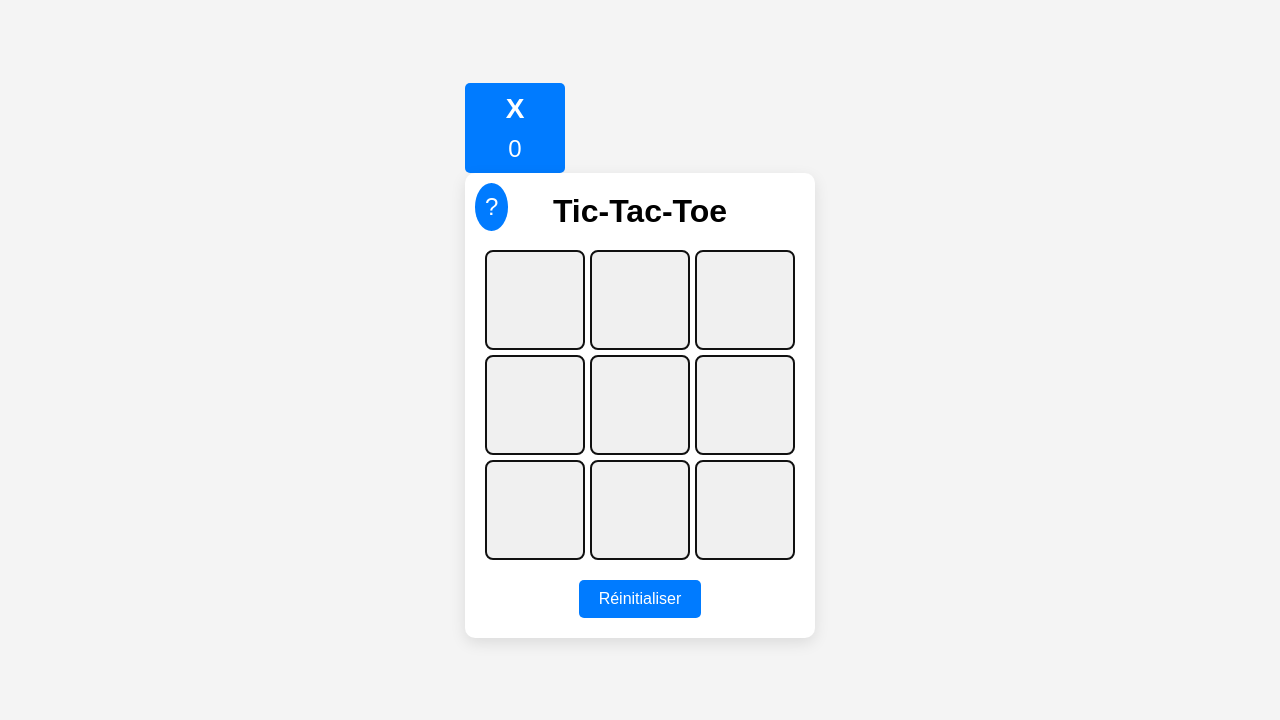
Repository: FTheo57/EvaluationGit
Page: index.html
The author's editor kept a copy of each file at every save. The page is drawn from the files as they stood at one save, then again after the next save.
The browser window is 1280 px wide. The pictures show the whole page.

Above is the page before, as saved 2025-03-10 16:31:22.

### index.html
<!DOCTYPE html>
<html lang="fr">
<head>
    <meta charset="UTF-8">
    <meta name="viewport" content="width=device-width, initial-scale=1.0">
    <title>Tic-Tac-Toe</title>
    <link rel="stylesheet" href="/css/styles.css"
</head>
<body>
    <div class="game-wrapper">

        <div class="score-container" id="score-x">
            <h3>X</h3>
            <p id="score-x-value">0</p>
        </div>
    <div class="container">
        <button class="rules-btn" id="rules-btn">?</button>
        <h1>Tic-Tac-Toe</h1>
        <div class="game-board" id="game-board">
            <div class="cell" data-index="0"></div>
            <div class="cell" data-index="1"></div>
            <div class="cell" data-index="2"></div>
            <div class="cell" data-index="3"></div>
            <div class="cell" data-index="4"></div>
            <div class="cell" data-index="5"></div>
            <div class="cell" data-index="6"></div>
            <div class="cell" data-index="7"></div>
            <div class="cell" data-index="8"></div>
        </div>
        <button id="reset">Réinitialiser</button>
        <div class="popup" id="popup">
            <div class="popup-content">
                <h2>Règles du Jeu</h2>
                <ul>
                    <li>Deux joueurs jouent à tour de rôle.</li>
                    <li>Chaque joueur marque son symbole (X ou O) dans une cellule vide.</li>
                    <li>Le premier joueur à aligner trois de ses symboles horizontalement, verticalement ou en diagonale gagne.</li>
                    <li>Si toutes les cellules sont remplies sans gagnant, c'est un match nul.</li>
                </ul>
                <button id="close-popup">Fermer</button>
            </div>
        </div>
    </div>


    <script src="/js/script.js"></script>
</body>
</html>

### css/styles.css
* {
    margin: 0;
    padding: 0;
    box-sizing: border-box;
}

body {
    font-family: Arial, sans-serif;
    display: flex;
    justify-content: center;
    align-items: center;
    height: 100vh;
    background-color: #f4f4f4;
}

.container {
    text-align: center;
    background-color: white;
    padding: 20px;
    border-radius: 10px;
    box-shadow: 0 5px 15px rgba(0, 0, 0, 0.1);
    position: relative;
}

.scoreboard {
    display: flex;
    justify-content: space-between;
    width: 100%;
    margin-bottom: 20px;
}

.score-container {
    width: 100px;
    text-align: center;
    padding: 10px;
    background-color: #007bff;
    color: white;
    border-radius: 5px;
    font-size: 1.5rem;
}

.score-container h3 {
    margin-bottom: 10px;
}
h1 {
    margin-bottom: 20px;
    font-size: 2rem;
}

.game-board {
    display: grid;
    grid-template-columns: repeat(3, 100px);
    grid-template-rows: repeat(3, 100px);
    gap: 5px;
    margin-bottom: 20px;
}

.cell {
    width: 100px;
    height: 100px;
    background-color: #f0f0f0;
    display: flex;
    justify-content: center;
    align-items: center;
    font-size: 2rem;
    cursor: pointer;
    border: 2px solid #101010;
    border-radius: 8px;
    transition: background-color 0.3s ease;
}

.cell:hover {
    background-color: #e0e0e0;
}

button {
    padding: 10px 20px;
    font-size: 1rem;
    cursor: pointer;
    background-color: #007bff;
    color: white;
    border: none;
    border-radius: 5px;
    transition: background-color 0.3s ease;
}

button:hover {
    background-color: #0056b3;
}
.rules-btn {
    position: absolute;
    top: 10px;
    left: 10px;
    padding: 10px;
    font-size: 1.5rem;
    background-color: #007bff;
    color: white;
    border: none;
    border-radius: 50%;
    cursor: pointer;
    transition: background-color 0.3s ease;
}

.rules-btn:hover {
    background-color: #0056b3;
}


.popup {
    display: none;
    position: fixed;
    top: 0;
    left: 0;
    width: 100%;
    height: 100%;
    background-color: rgba(0, 0, 0, 0.5);
    justify-content: center;
    align-items: center;
}

.popup-content {
    background-color: white;
    padding: 20px;
    border-radius: 10px;
    text-align: center;
    width: 300px;
}

.popup h2 {
    margin-bottom: 10px;
}

.popup ul {
    list-style-type: none;
    margin-bottom: 20px;
}

.popup button {
    background-color: #007bff;
    color: white;
    border: none;
    border-radius: 5px;
    padding: 10px;
    cursor: pointer;
}

.popup button:hover {
    background-color: #0056b3;
}

### js/script.js

const rulesBtn = document.getElementById('rules-btn');
const popup = document.getElementById('popup');
const closePopupBtn = document.getElementById('close-popup');


rulesBtn.addEventListener('click', () => {
    popup.style.display = 'flex';
});


closePopupBtn.addEventListener('click', () => {
    popup.style.display = 'none';
});

After the next save:
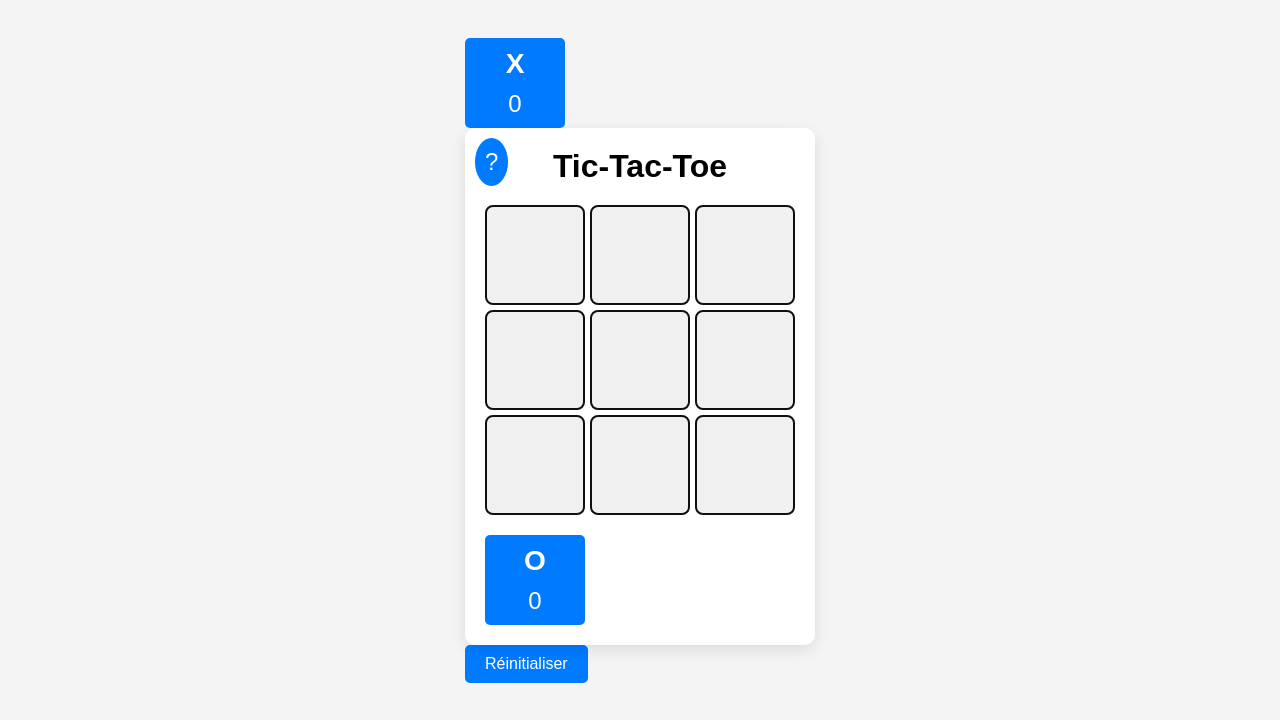
Saved 18 s later.
--- a/index.html
+++ b/index.html
@@ -27,6 +27,11 @@
             <div class="cell" data-index="7"></div>
             <div class="cell" data-index="8"></div>
         </div>
+        <div class="score-container" id="score-o">
+            <h3>O</h3>
+            <p id="score-o-value">0</p>
+        </div>
+    </div>
         <button id="reset">Réinitialiser</button>
         <div class="popup" id="popup">
             <div class="popup-content">
